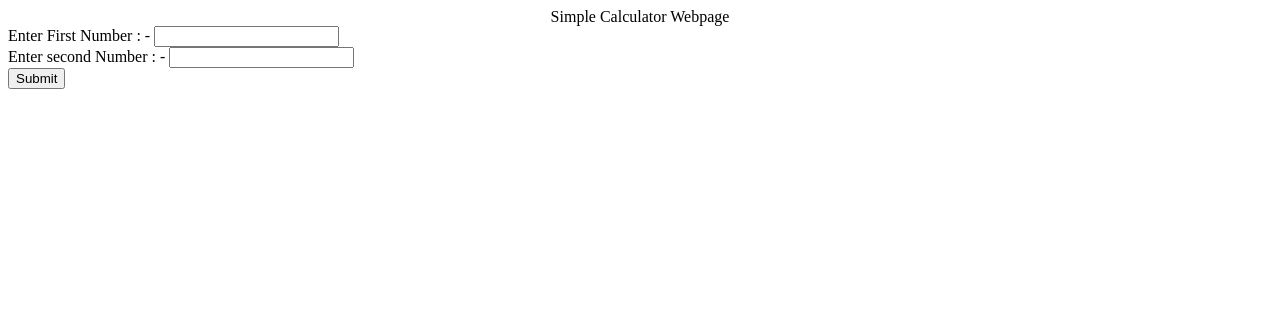
Repository: hrutikgurav2000/Java_Cap_6536
Page: CalculatorUsingJSP/src/main/webapp/HomePageCalc.html
An editor plug-in stored every save of this project. The page is shown before and after the next save, followed by the edit.
The browser window is 1280 px wide. The pictures show the whole page.

Above is the page before, as saved 2022-03-21 11:14:58.

After the next save:
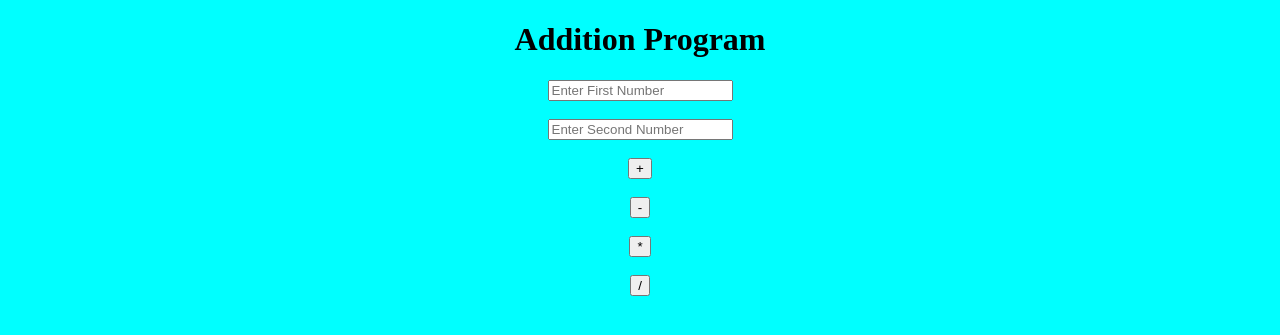
Saved 39 s later.
--- a/CalculatorUsingJSP/src/main/webapp/HomePageCalc.html
+++ b/CalculatorUsingJSP/src/main/webapp/HomePageCalc.html
@@ -4,13 +4,27 @@
 
 <title>Program on Calculator</title>
 </head>
-<body>
-<center>Simple Calculator Webpage </center>
+<body bgcolor="cyan">
+<center>
+<h1>Addition Program </h1>
+<form action="Addser" method="post">
 
-<form action = "CalculatorServlet" method = "get"> <!--  we make user of GEt or Post-->
- Enter First Number : - <input type= "text" name = num1> <br>
- Enter second Number : - <input type= "text" name = num2> <br>
- <input type= "submit">
+<input type="text" name="txtnum1" placeholder="Enter First Number" />
+<br>
+<br>
+<input type="text" name="txtnum2" placeholder="Enter Second Number" />
+<br>
+<br>
+<input type="submit" name="btnsubmit" value="+"  />
+<br>
+<br>
+<input type="submit" name="btnsubmit" value="-"  />
+<br>
+<br>
+<input type="submit" name="btnsubmit" value="*"  />
+<br>
+<br>
+<input type="submit" name="btnsubmit" value="/"  />
+<br>
 </form>
-</body>
 </html>
